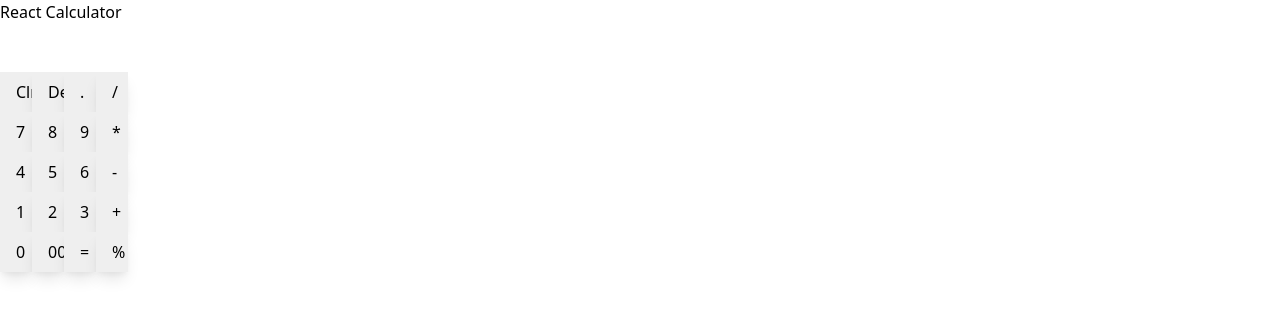
Repository: latenightsnacc/React-Calculator
Page: / (app in docs/react-calculator/)
An editor plug-in stored every save of this project. The page is shown before and after a run of saves, followed by the edit.
The browser window is 1280 px wide. The pictures show the whole page.
The project was rebuilt for these pictures with package versions that can differ from the ones it lists, and the page was loaded fresh each time. Also part of the build but not shown: docs/react-calculator/craco.config.js.

Above is the page before, as saved 2021-11-11 15:41:41.

### docs/react-calculator/src/components/Calculator.js
import React, { Component } from 'react'
import CalculatorTitle from './CalculatorTitle'
import CalculatorScreen from './CalculatorScreen'
import Button from './Button'

class Calculator extends Component {
    render() {
        return (
            <div className="frame">
                <CalculatorTitle value="React Calculator" />
                <div className="calculator-body">
                    <CalculatorScreen />
                    <div className="button-row">
                        <Button label={'Clr'} />
                        <Button label={'Del'} />
                        <Button label={'.'}/>
                        <Button label={'/'}/>
                    </div>
                    <div className="button-row">
                        <Button label={'7'}/>
                        <Button label={'8'}/>
                        <Button label={'9'}/>
                        <Button label={'*'}/>
                    </div>
                    <div className="button-row">
                        <Button label={'4'}/>
                        <Button label={'5'}/>
                        <Button label={'6'}/>
                        <Button label={'-'}/>
                    </div>
                    <div className="button-row">
                        <Button label={'1'}/>
                        <Button label={'2'}/>
                        <Button label={'3'}/>
                        <Button label={'+'}/>
                    </div>
                    <div className="button-row">
                        <Button label={'0'}/>
                        <Button label={'00'}/>
                        <Button label={'='}/>
                        <Button label={'%'}/>
                    </div>

                </div>
            </div>
        )
    }
}

export default Calculator

### docs/react-calculator/src/components/CalculatorTitle.js
import React from 'react'

function CalculatorTitle(props) {
    return (
        <div className='calculator-title'>
            {props.value}
        </div>
    )
}

export default CalculatorTitle

### docs/react-calculator/src/components/CalculatorScreen.js
import React from 'react'
import CalculatorOutputRow from './CalculatorOutputRow'

const CalculatorScreen = () => {
    return (
        <div className="screen">
            <CalculatorOutputRow/>
            <CalculatorOutputRow/>
        </div>
    )
}

export default CalculatorScreen;

### docs/react-calculator/src/components/Button.js
import React from 'react'

const Button = (props) => {
    return(
        <input className="shadow-lg w-8 py-2 px-4"
            type="button"
            value={props.label}
        />
    )
}

export default Button;

### docs/react-calculator/src/components/CalculatorOutputRow.js
import React from 'react';

const CalculatorOutputRow = () => {
    return(
        <div className="screen-row">
            <input type="text" readOnly />
        </div>
    )
}

export default CalculatorOutputRow

Loaded but not shown: docs/react-calculator/public/index.html (common file); docs/react-calculator/src/index.js (common file); docs/react-calculator/src/index.css (common file); docs/react-calculator/src/App.js (common file); docs/react-calculator/src/reportWebVitals.js (common file); docs/react-calculator/tailwind.config.js (common file)

After the next 3 saves:
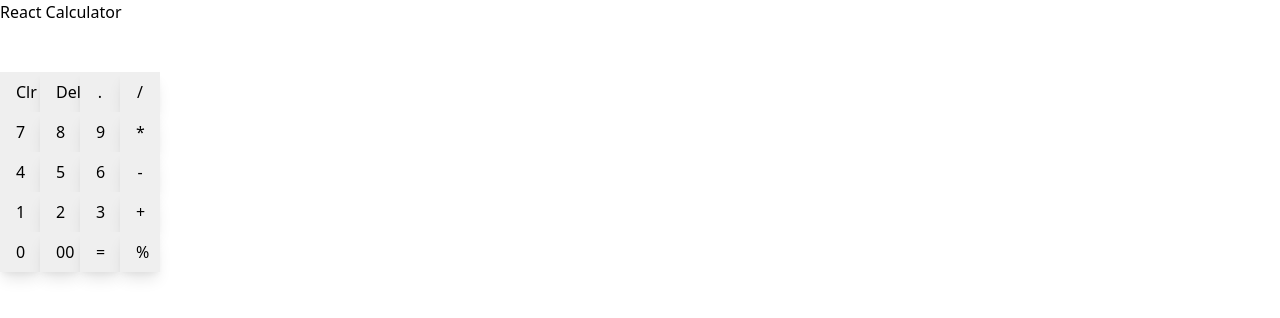
The 3 saves are shown as one change because they came seconds apart.
The last was saved 9 s later.
--- a/docs/react-calculator/src/components/Button.js
+++ b/docs/react-calculator/src/components/Button.js
@@ -2,7 +2,7 @@ import React from 'react'
 
 const Button = (props) => {
     return(
-        <input className="shadow-lg w-8 py-2 px-4"
+        <input className="shadow-lg w-10 py-2 px-4"
             type="button"
             value={props.label}
         />
